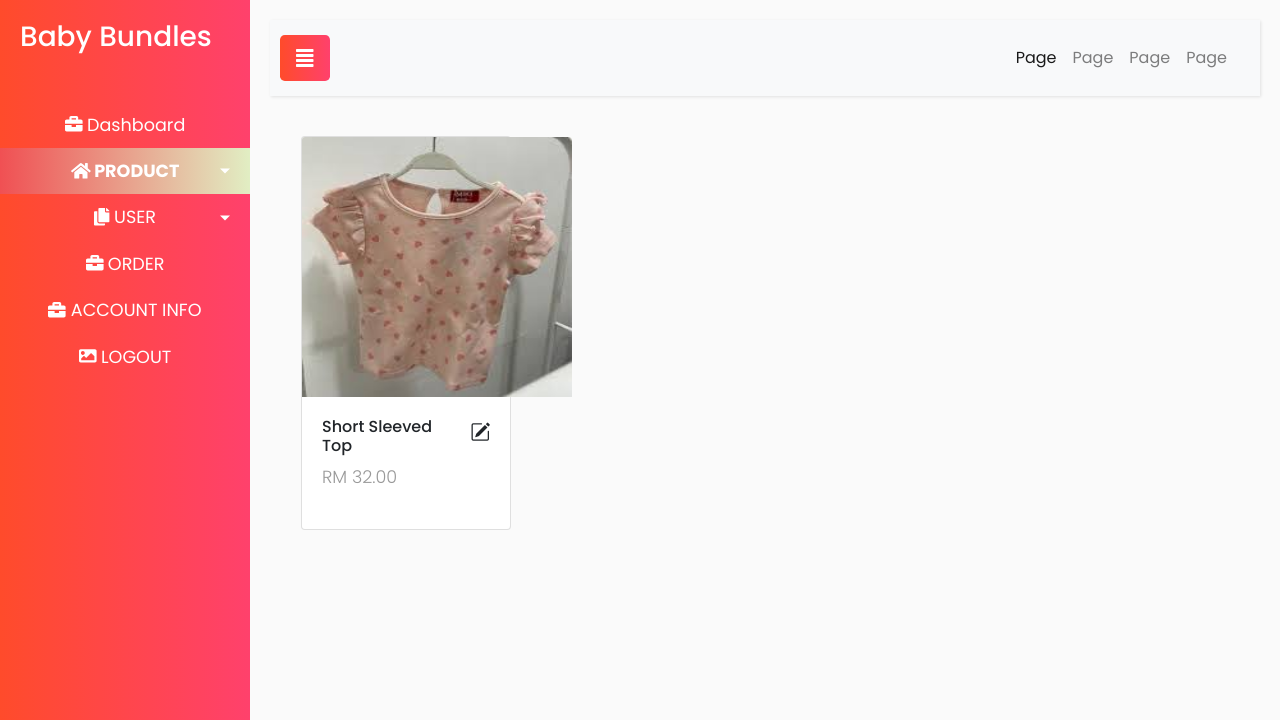
Repository: jiahow99/Baby-Bundles-University
Page: http://localhost/admin.php
An editor plug-in stored every save of this project. The page is shown before and after the next save, followed by the edit.
The browser window is 1280 px wide. The pictures show the whole page.
Some web libraries are served in a nearby version. The page is run by PHP 8.4 with error messages shown; the project is at /var/www/html/. Queries for data that is not in the repository find no rows.

Above is the page before, as saved 2022-11-24 17:55:26.

After the next save:
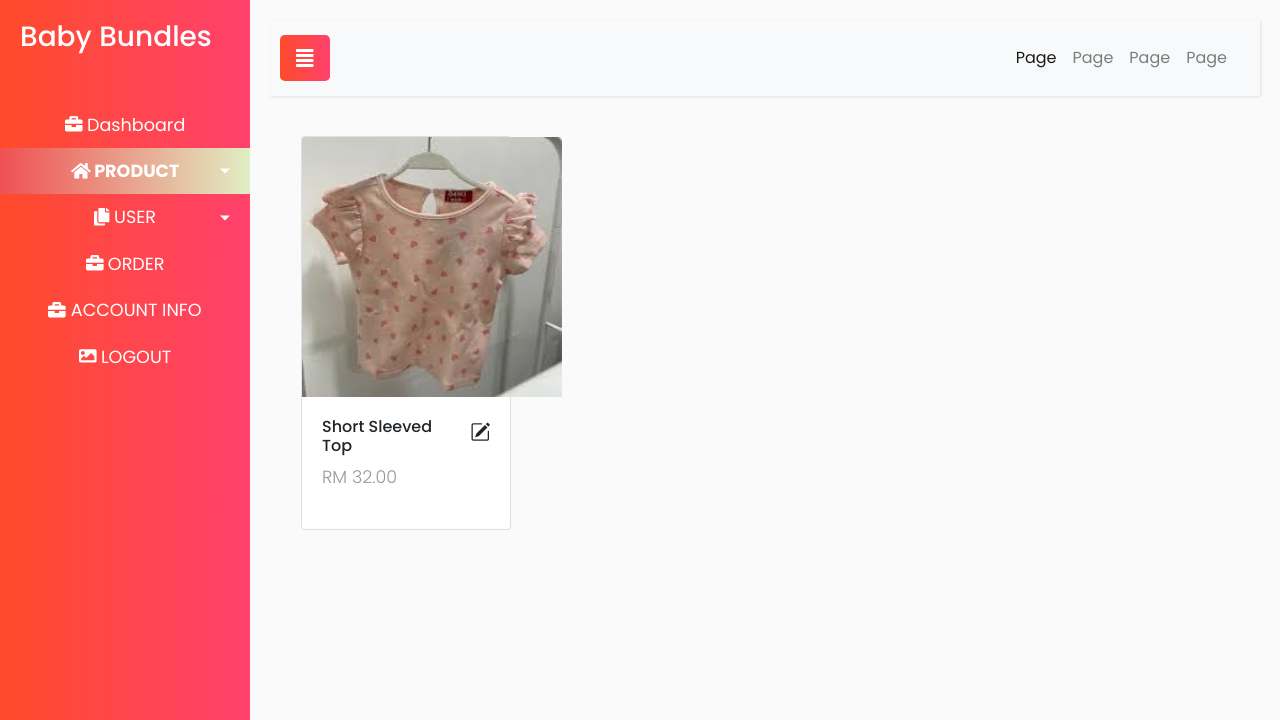
Saved 4 s later.
--- a/admin.php
+++ b/admin.php
@@ -164,7 +164,7 @@
                 <div class="col-3">
                     <!-- Product card -->
                     <a href="#" class="card">
-                        <img class="card-img-top" src="img/top/top08.jpg" style="width:270px;height:260px;">
+                        <img class="card-img-top" src="img/top/top08.jpg" style="width:260px;height:260px;">
                         <div class="card-body">
                             <div class="row">
                                 <!-- Title and Price -->

After the save that followed:
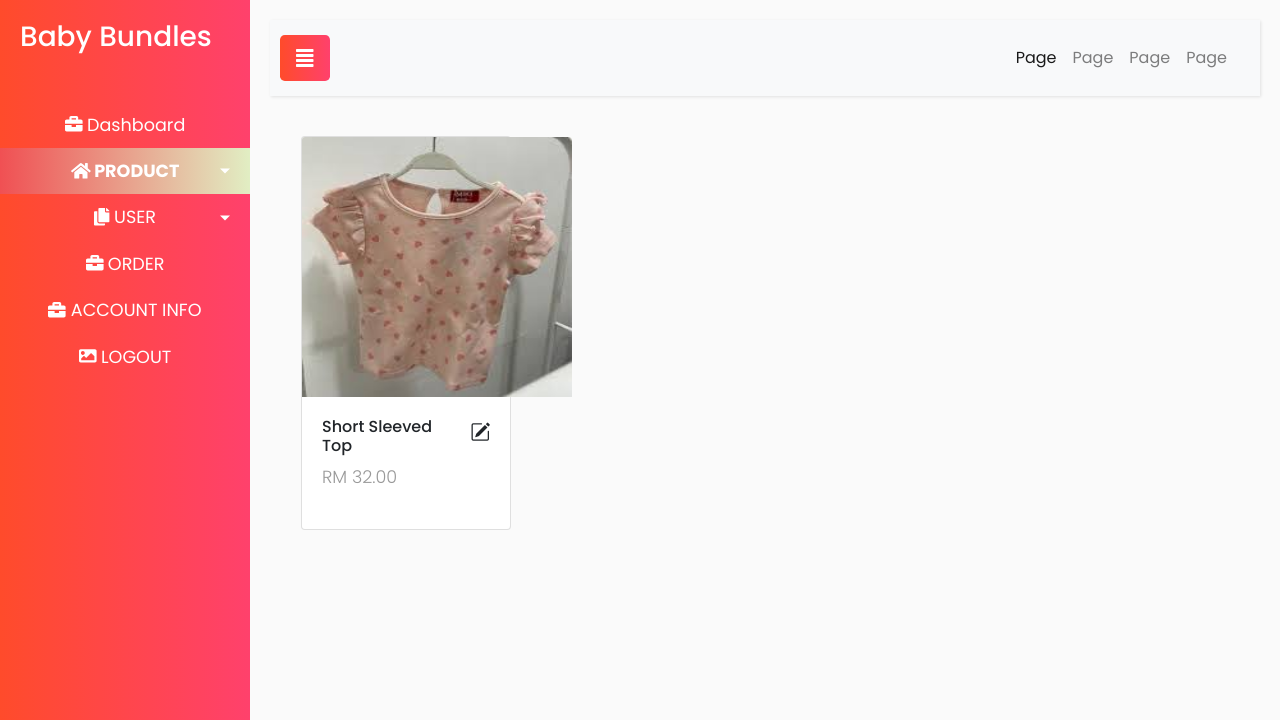
Saved 11 s later.
--- a/admin.php
+++ b/admin.php
@@ -164,7 +164,7 @@
                 <div class="col-3">
                     <!-- Product card -->
                     <a href="#" class="card">
-                        <img class="card-img-top" src="img/top/top08.jpg" style="width:260px;height:260px;">
+                        <img class="card-img-top" src="img/top/top08.jpg" style="width:270px;height:260px;">
                         <div class="card-body">
                             <div class="row">
                                 <!-- Title and Price -->
